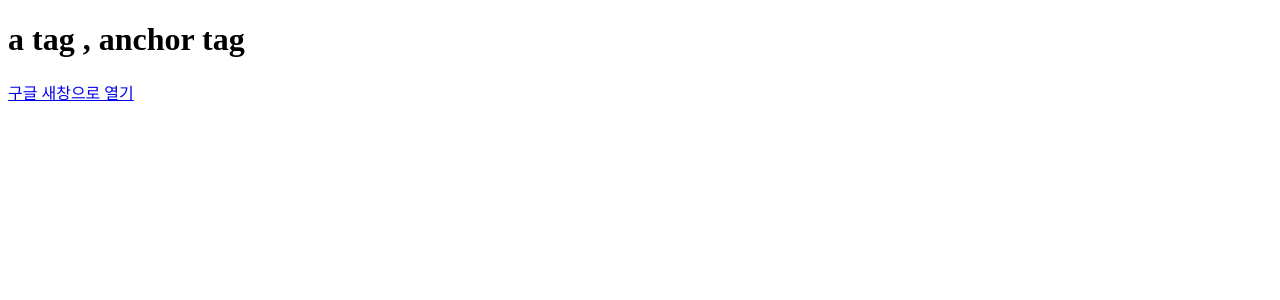
Repository: jihoonys82/weblec
Page: Front/WebContent/Ex01_HTML_tag/tagEx_04.html
The author's editor kept a copy of each file at every save. The page is drawn from the files as they stood at one save, then again after the next save.
The browser window is 1280 px wide. The pictures show the whole page.

Above is the page before, as saved 2018-07-23 10:44:59.

After the next save:
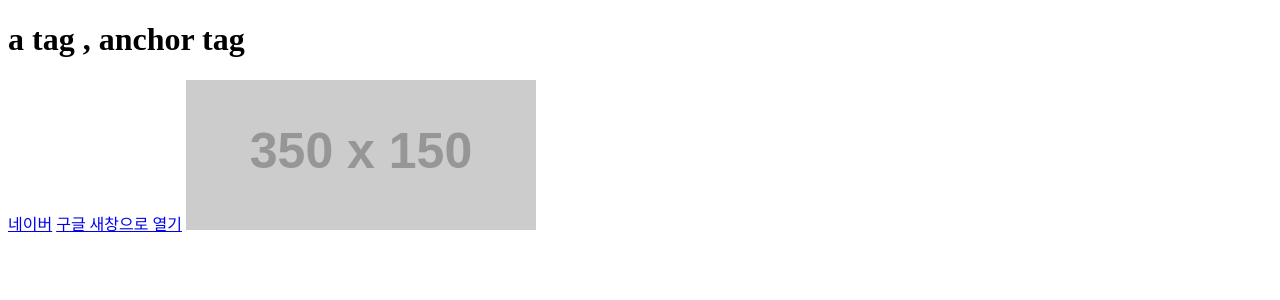
Saved 8 min 56 s later.
--- a/Front/WebContent/Ex01_HTML_tag/tagEx_04.html
+++ b/Front/WebContent/Ex01_HTML_tag/tagEx_04.html
@@ -9,8 +9,11 @@
 <div>
 
 <h1> a tag , anchor tag </h1>
+	<a href="http://www.naver.com">네이버</a>
+	<a href="http://www.google.com" target='_blank' >구글 새창으로 열기</a>
 
-	<a href="http://www.google.com" target='_blank' >구글 새창으로 열기</a>
+	<!-- img, image tag, show images on web page -->
+	<img src='http://via.placeholder.com/350x150' width='350px' height='150px'> </img>
 
 </div>
 
